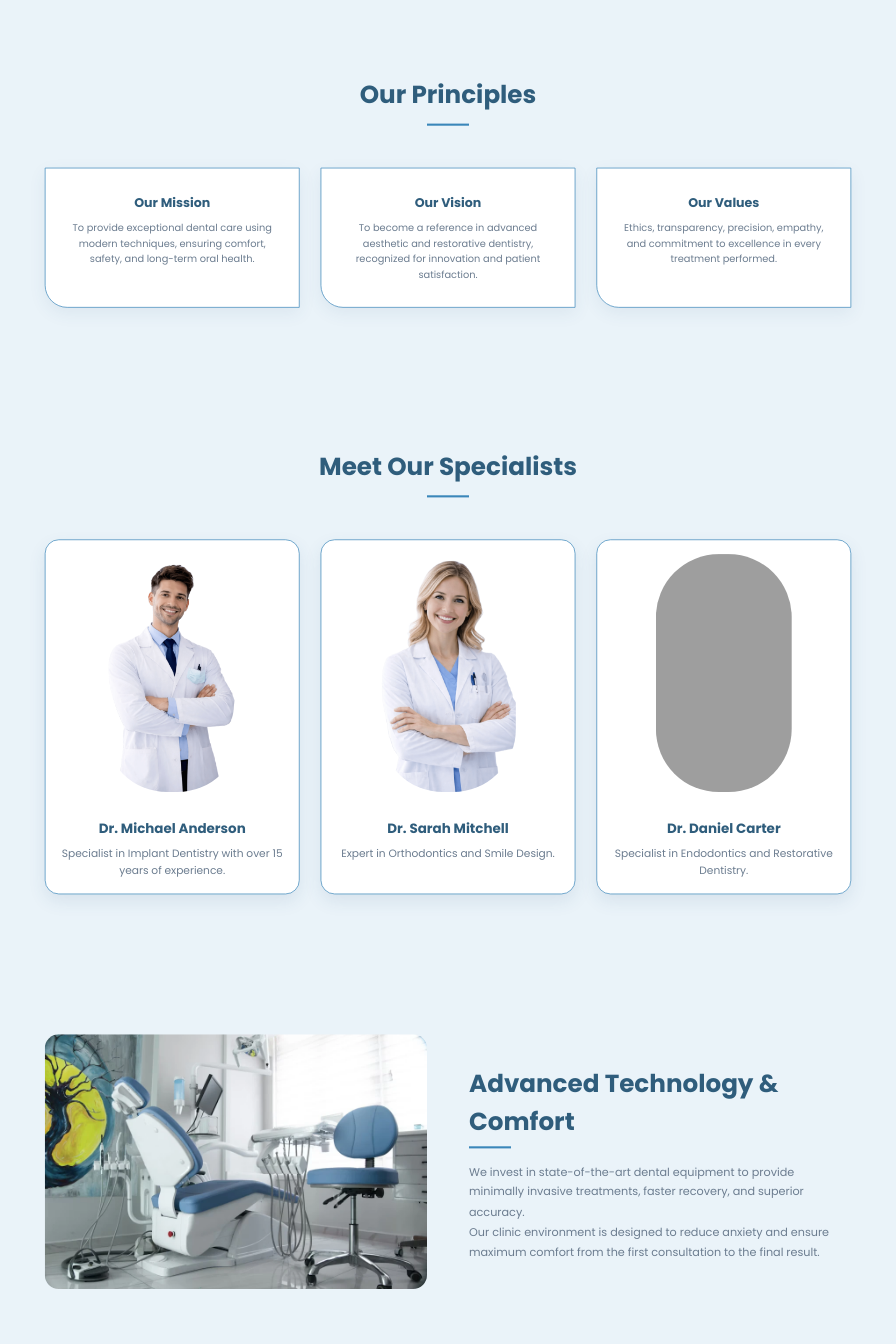
Repository: davidfsillva/OdontoPrime
Page: about.html
An editor plug-in stored every save of this project. The page is shown before and after the next save, followed by the edit.
The browser window is 1280 px wide. The pictures show the part of the page from y = 942 to 2862 px (the page is 3445 px tall), at 70% of full size.
Pictures or frames that could not be fetched are drawn as grey boxes.

Above is the page before, as saved 2026-02-16 23:52:53.

### about.html
<!DOCTYPE html>
<html lang="en">
<head>
<meta charset="UTF-8">
<meta name="viewport" content="width=device-width, initial-scale=1.0">
<title>About - OdontoPrime Excellence</title>

<link rel="stylesheet" href="style.css">
<link href="https://fonts.googleapis.com/css2?family=Poppins:wght@300;400;600;700&display=swap" rel="stylesheet">
</head>


<body>

<!-- HEADER -->
<header>
    <div class="container nav-container">
        <div class="logo">OdontoPrime</div>

        <nav id="nav">
            <a href="index.html">Home</a>
            <a href="about.html" class="active">About</a>
            <a href="services.html">Services</a>
            <a href="contact.html">Contact</a>
        </nav>

        <div class="menu-toggle" onclick="toggleMenu()">☰</div>
    </div>
</header>

<!-- HERO ABOUT -->
<section class="hero hero-about">
    <div class="container hero-content">
        <div class="hero-text">
            <h1>About OdontoPrime Excellence</h1>
            <p>
                Dedicated to delivering advanced dental care with precision,
                innovation, and a patient-centered approach.
            </p>
        </div>
    </div>
</section>

<!-- OUR STORY -->
<section class="about-preview">
    <div class="container about-grid">
        <div class="about-text">
            <h2>Our Story</h2>
            <p>
                Founded over a decade ago, OdontoPrime Excellence was created with a clear mission:
                to redefine modern dentistry through innovation, comfort, and excellence.
                Our clinic combines advanced technology with a humanized approach,
                ensuring each patient receives personalized and comprehensive care.
            </p>

            <p>
                Over the years, we have built a reputation for delivering long-lasting results,
                aesthetic precision, and preventive solutions that promote complete oral health.
            </p>
        </div>

        <div class="about-image">
            <img src="img/premium.png" alt="Dental clinic interior">
        </div>
    </div>
</section>

<!-- MISSION VISION VALUES -->
<section class="departments">
    <div class="container">
        <h2>Our Principles</h2>

        <div class="dept-grid">

            <div class="card">
                <h3>Our Mission</h3>
                <p>
                    To provide exceptional dental care using modern techniques,
                    ensuring comfort, safety, and long-term oral health.
                </p>
            </div>

            <div class="card">
                <h3>Our Vision</h3>
                <p>
                    To become a reference in advanced aesthetic and restorative dentistry,
                    recognized for innovation and patient satisfaction.
                </p>
            </div>

            <div class="card">
                <h3>Our Values</h3>
                <p>
                    Ethics, transparency, precision, empathy, and commitment
                    to excellence in every treatment performed.
                </p>
            </div>

        </div>
    </div>
</section>

<!-- OUR TEAM -->
<section class="departments about-cards">
    <div class="container">
        <h2>Meet Our Specialists</h2>

        <div class="dept-grid">

            <div class="card">
                <img src="img/dr - Copia.png" alt="Lead dentist">
                <h3>Dr. Michael Anderson</h3>
                <p>Specialist in Implant Dentistry with over 15 years of experience.</p>
            </div>

            <div class="card">
                <img src="img/sara.png" alt="Orthodontist">
                <h3>Dr. Sarah Mitchell</h3>
                <p>Expert in Orthodontics and Smile Design.</p>
            </div>

            <div class="card">
                <img src="img/" alt="Endodontist">
                <h3>Dr. Daniel Carter</h3>
                <p>Specialist in Endodontics and Restorative Dentistry.</p>
            </div>

        </div>
    </div>
</section>

<!-- WHY CHOOSE US EXTENDED -->
<section class="about-preview">
    <div class="container about-grid">

        <div class="about-image">
            <img src="img/photo.webp" alt="Dental technology">
        </div>

        <div class="about-text">
            <h2>Advanced Technology & Comfort</h2>
            <p>
                We invest in state-of-the-art dental equipment to provide
                minimally invasive treatments, faster recovery, and superior accuracy.
            </p>

            <p>
                Our clinic environment is designed to reduce anxiety and ensure
                maximum comfort from the first consultation to the final result.
            </p>
        </div>

    </div>
</section>

<!-- CALL TO ACTION -->
<section class="departments">
    <div class="container" style="text-align:center;">
        <h2>Ready to Transform Your Smile?</h2>
        <p style="max-width:600px; margin:20px auto; color:var(--text-medium);">
            Schedule your consultation today and discover a new standard of dental excellence.
        </p>

        <a href="contact.html" class="btn-view">Book Your Consultation</a>
    </div>
</section>

<!-- FOOTER -->
<footer>
    <p>© 2026 OdontoPrime - All Rights Reserved</p>
</footer>


<!-- BOTÃO VOLTAR AO TOPO -->
<a href="#" class="back-to-top" id="backToTop">↑</a>

<script src="script.js"></script>


</body>
</html>

### style.css
:root{

    --primary-blue: #2F5D7C;
    --secondary-blue: #4F7FA3;
    --accent-blue: #3A86B9;

    --bg-light: #EAF3F9;
    --white: #FFFFFF;
    --off-white: #E6EEF5;

    --text-dark: #2E3A46;
    --text-medium: #6B7C8F;

    --hero-gradient-start: rgba(47, 93, 124, 0.95);
    --hero-gradient-end: rgba(79, 127, 163, 0.85);

    --shadow-soft: 0 5px 20px rgba(47, 93, 124, 0.08);
}

*{
    margin:0;
    padding:0;
    box-sizing:border-box;
    font-family:'Poppins', sans-serif;
}

body{
    background:var(--bg-light);
    color:var(--text-dark);
}

.container{
    width:90%;
    max-width:1200px;
    margin:auto;
}

/* HEADER */

nav{
    display:flex;
    align-items:center;
}

header{
    position:absolute;
    width:100%;
    padding:25px 0;
    z-index:1000;
    background:transparent;
}

.nav-container{
    display:flex;
    justify-content:space-between;
    align-items:center;
}

.logo{
    font-weight:700;
    font-size:1.9rem;
    color:var(--white);
    text-shadow: 0 3px 8px rgba(0, 0, 0, 0.5);
}

nav a{
    margin-left:25px;
    text-decoration:none;
    color:var(--white);
    font-weight:500;
    transition:0.3s;
}

nav a:hover{
    color:var(--accent-blue);
}

.menu-toggle{
    display:none;
    font-size:24px;
    cursor:pointer;
    color:var(--white);
}

nav a.active{
    color: var(--accent-blue);
    font-weight: 600;
    position: relative;
}

/* HERO */

.hero{
    min-height:100vh;
    display:flex;
    align-items:center;
    background:
    linear-gradient(to right,
    rgba(79, 127, 163, 0.438),
    rgba(58, 134, 185, 0.048)),
    url('img/hero.webp') center/cover no-repeat;
    color:var(--white);
    padding:0 0;
    position:relative;
}

.hero-content{
    width:100%;
}

.hero-text{
    max-width:600px;
}

.hero h1{
    font-size:2.8rem;
    margin-bottom:20px;
    font-weight:700;
    line-height:1.2;
    text-shadow: 0 3px 8px rgba(0, 0, 0, 0.5);
}

.hero p{
    margin-bottom:25px;
    max-width:500px;
    font-size:16px;
    line-height:1.6;
    color:var(--white);
    text-shadow: 0 3px 8px rgba(0, 0, 0, 0.5);
}

.hero-about{
    background: var(--primary-blue);
    min-height: 60vh;
}


/* HERO STATS */

.hero-stats{
    position:absolute;
    bottom:0px;
    left:60%;
    transform:translateX(-50%);
    width:90%;
    max-width:1100px;
    display:grid;
    grid-template-columns:repeat(auto-fit, minmax(180px,1fr));
    gap:20px;
    padding:25px 40px;
    background:rgba(255,255,255,0.15);
    backdrop-filter:blur(15px);
    -webkit-backdrop-filter:blur(15px);
    border-radius:20px 0px 0px 0px;
    border:1px solid rgba(255,255,255,0.2);
}

.stat-item{
    text-align:center;
    color:var(--white);
}

.stat-item h2{
    font-size:2rem;
    font-weight:700;
}

.stat-item p{
    font-size:0.9rem;
    opacity:0.9;
}

/* BUTTONS */

.btn{
    padding:14px 30px;
    background:var(--white);
    border:none;
    color:var(--primary-blue);
    font-weight:600;
    border-radius:30px;
    cursor:pointer;
    transition:0.3s;
}

.btn:hover{
    background:var(--accent-blue);
    color:var(--white);
    transform:translateY(-3px);
}

.btn-view {
    padding:14px 30px;
    background:var(--accent-blue);
    border:none;
    color:var(--white);
    font-weight:600;
    border-radius:30px;
    cursor:pointer;
    transition:0.3s;
    text-decoration: none;
    text-align: center;
    display: block;
    width: fit-content;
    margin:40px auto 0;
}

.btn-view:hover {
    transform: translateY(-5px);
    box-shadow: 0 15px 30px rgba(0,0,0,0.2);
}

/* ABOUT */
.about-image{
    position:relative;
    overflow:hidden;
}


.about-preview{
    padding:100px 0;
}

.about-grid{
    display:grid;
    grid-template-columns:1fr 1fr;
    gap:60px;
    align-items:center;
}

.about-text h2{
    font-size:2.2rem;
    color:var(--primary-blue);
    margin-bottom:20px;
    position:relative;
}

.about-text h2::after{
    content:"";
    width:60px;
    height:3px;
    background:var(--accent-blue);
    display:block;
    margin-top:10px;
}

.about-text p{
    font-size:16px;
    line-height:1.8;
    color:var(--text-medium);
}

.about-grid img:not(.lead-dentist){
    width:100%;
    border-radius:20px;
}

.lead-dentist {
    border-radius: 30px; /* cantos arredondados */
    width: 60%;
    height: auto;
    margin: 0 auto;
    box-shadow: 0 8px 20px rgba(0,0,0,0.2); /* opcional: sombra suave */
    display: flex;
    justify-content: center; /* centraliza horizontalmente */
    align-items: center;     /* centraliza verticalmente se tiver altura */
}

/* DEPARTMENTS */

.departments{
    padding:100px 0;
}

.departments h2{
    text-align:center;
    font-size:2.2rem;
    color:var(--primary-blue);
    margin-bottom:60px;
    position:relative;
}

.departments h2::after{
    content:"";
    width:60px;
    height:3px;
    background:var(--accent-blue);
    display:block;
    margin:15px auto 0;
}

.dept-grid{
    display:grid;
    grid-template-columns: repeat(auto-fit, minmax(280px, 1fr));
    gap:30px;
}


.card {
    background:var(--white);
    padding:35px 25px;
    text-align:center;
    border-radius:18px;
    box-shadow:0 8px 25px rgba(47,93,124,0.08);
    transition:0.3s ease;


    border-radius: 0 0 0 32px;
    border:1px solid #3A86B9;

}

.why-card{
    border: none;
}


.card:hover{
    transform:translateY(-6px);
    box-shadow:0 15px 35px rgba(47,93,124,0.15);
}

.card img{
    width:60px;
    margin-bottom:15px;
}

.card h3{
    font-size:18px;
    margin-bottom:12px;
    color:var(--primary-blue);
}

.card p{
    font-size:14px;
    line-height:1.6;
    color:var(--text-medium);
}

/* WHY SECTION FULL IMAGE CARDS */

.why-card {
    position: relative;
    overflow: hidden;
    padding: 0;
    height: 350px;
    border-radius: 20px;
}

.why-card img {
    width: 100%;
    height: 100%;
    object-fit: cover;
    display: block;
}

.why-card .card-content {
    position: absolute;
    bottom: 0;
    width: 100%;
    padding: 25px;
    background: linear-gradient(
        to top,
        rgba(0,0,0,0.75),
        rgba(0,0,0,0.2)
    );
    color: var(--white);
}

.why-card h3 {
    margin-bottom: 8px;
    color: var(--white);
}

.why-card p {
    color: rgba(255,255,255,0.9);
    font-size: 14px;
}


/* WHY US */

.why-us{
    padding:100px 0;
    background:var(--white);
}

.why-us h2{
    text-align:center;
    font-size:2.2rem;
    margin-bottom:60px;
    color:var(--primary-blue);
    position:relative;
}

.why-us h2::after{
    content:"";
    width:60px;
    height:3px;
    background:var(--accent-blue);
    display:block;
    margin:15px auto 0;
}

.contact-grid{
    display:grid;
    grid-template-columns:1fr 1fr;
    gap:60px;
    align-items:start;
}

/* BOTÃO VOLTAR AO TOPO */
.back-to-top {
    position: fixed;       /* fixa na tela */
    bottom: 30px;          /* distância do rodapé */
    right: 30px;           /* distância da borda direita */
    background: var(--accent-blue);
    color: var(--white);
    padding: 12px 18px;
    border-radius: 50px;   /* deixa arredondado */
    text-decoration: none;
    font-weight: 600;
    font-size: 12px;
    box-shadow: 0 8px 20px rgba(0,0,0,0.2);
    transition: 0.3s;
    opacity: 0;            /* inicialmente invisível */
    pointer-events: none;  /* não clicável até aparecer */
    z-index: 1000;
}

.back-to-top:hover {
    background: var(--off-white);
    transform: translateY(-3px);
    color: black;
}

/* quando visível */
.back-to-top.show {
    opacity: 1;
    pointer-events: auto;
}

/* CARDS ESPECÍFICOS DA PÁGINA ABOUT */
.departments.about-cards .card {
    border-radius: 20px;
    padding: 20px;
    box-shadow: 0 10px 25px rgba(47,93,124,0.1);
    transition: transform 0.3s ease, box-shadow 0.3s ease;
    text-align: center;
}

/* Hover */
.departments.about-cards .card:hover {
    transform: translateY(-5px);
    box-shadow: 0 15px 35px rgba(47,93,124,0.2);
}

/* Card titles and text */
.departments.about-cards .card h3 {
    font-size: 1.2rem;
    color: var(--primary-blue);
    margin: 15px 0 10px;
}

.departments.about-cards .card p {
    font-size: 0.95rem;
    line-height: 1.6;
    color: var(--text-medium);
}

/* Imagem maior e proporcional */
.departments.about-cards .card img {
    width: 60%;          /* ocupa toda a largura do card */
    height: 340px;        /* altura maior */
    object-fit: cover;    /* mantém proporção e recorta excesso */
    border-radius: 90px;  /* cantos arredondados */
    margin-bottom: 15px;  /* separação do texto */
}






/* FOOTER */

footer{
    background:var(--primary-blue);
    color:var(--white);
    text-align:center;
    padding:30px;
    font-size:14px;
}

/* RESPONSIVE */

/* =========================
   RESPONSIVE
========================= */
@media (max-width: 768px) {

    /* NAVIGATION */
    nav {
        position: absolute;
        top: 80px;
        right: 0;
        background: var(--white);
        flex-direction: column;
        width: 200px;
        display: none;
        box-shadow: var(--shadow-soft);
    }

    nav a {
        padding: 15px;
        margin: 0;
        border-bottom: 1px solid var(--off-white);
        color: var(--text-dark);
    }

    nav.active {
        display: flex;
    }

    .menu-toggle {
        display: block;
    }

        /* HERO INTERNO (about, services, contact) */
    .hero-about,
    .hero-services,
    .hero-contact {
        min-height: 45vh;
        display: flex;
        align-items: center;
        justify-content: center;
        text-align: center;
        padding: 100px 20px 40px;
    }

    .hero-about h1,
    .hero-services h1,
    .hero-contact h1 {
        font-size: 1.6rem;
    }

    .hero-about p,
    .hero-services p,
    .hero-contact p {
        font-size: 0.95rem;
        max-width: 100%;
        margin: 0 auto;
    }

    /* ABOUT GRID */
    .about-grid {
        grid-template-columns: 1fr;
        gap: 30px;
        text-align: center;
    }

    .about-text h2 {
        font-size: 1.6rem;
    }

    /* DEPARTMENTS / SERVICES GRID */
    .dept-grid {
        grid-template-columns: 1fr;
        gap: 20px;
    }

    .card {
        padding: 25px 20px;
    }

    /* WHY SECTION */
    .why-us {
        padding: 70px 0;
    }

    .why-card {
        height: 280px;
    }

    /* CONTACT PAGE (caso tenha form grid) */
    .contact-grid {
        grid-template-columns: 1fr;
        gap: 30px;
    }

    .contact-form input,
    .contact-form textarea {
        width: 100%;
    }

    .hero {
        flex-direction: column;
        justify-content: center;
        align-items: center;
        text-align: center;
        padding: 20px 20px 0;
        background:
            linear-gradient(to top,
            rgba(47, 93, 124, 0.048),
            rgba(47, 93, 124, 0.2)),
            url('img/hero-mobile.webp') center/cover no-repeat;
    }



    .hero h1 {
        font-size: 1.8rem;
    }

    .hero p {
        max-width: 100%;
    }

        .hero-stats {
        left: 50%;
        transform: translateX(-50%);
        width: 95%;
        max-width: 100%;
        border-radius: 20px 20px 0 0;
        padding: 10px 12px 10px;
        gap: 1px;
        grid-template-columns: repeat(2, 1fr);
    }

    .stat-item h2 {
        font-size: 1.4rem;
    }

    .stat-item p {
        font-size: 0.75rem;
    }



}

### script.js
// TOGGLE MENU MOBILE
function toggleMenu() {
    document.getElementById("nav").classList.toggle("active");
}

// BOTÃO VOLTAR AO TOPO
const backToTopButton = document.getElementById('backToTop');

// Mostrar o botão quando a página for rolada 300px ou mais
window.addEventListener('scroll', () => {
    if (window.scrollY > 300) {
        backToTopButton.classList.add('show');
    } else {
        backToTopButton.classList.remove('show');
    }
});

// Rolar suavemente até o topo ao clicar
backToTopButton.addEventListener('click', (e) => {
    e.preventDefault();
    window.scrollTo({ top: 0, behavior: 'smooth' });
});

After the next save:
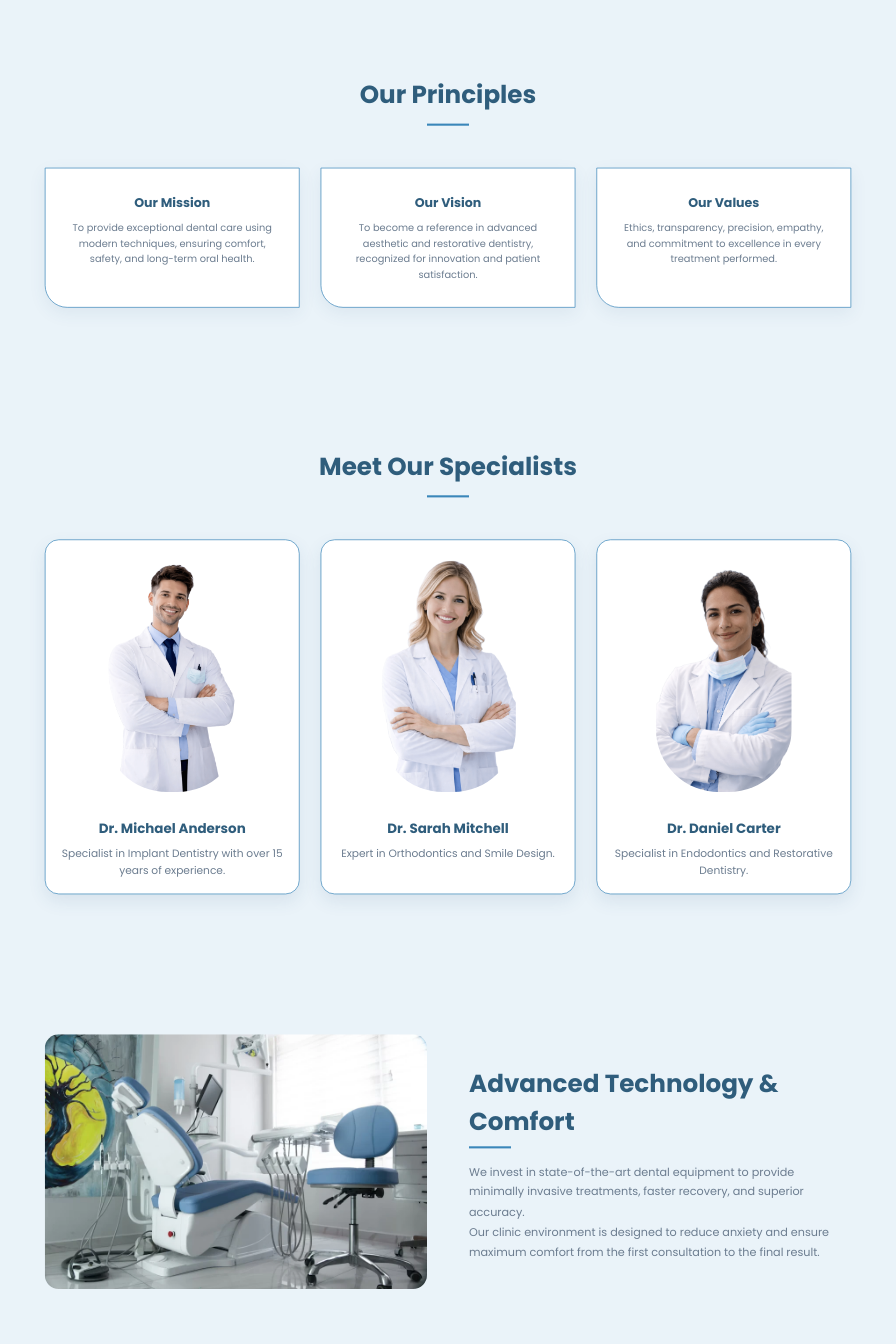
Saved 14 s later.
--- a/about.html
+++ b/about.html
@@ -120,7 +120,7 @@
             </div>
 
             <div class="card">
-                <img src="img/" alt="Endodontist">
+                <img src="img/dra.png" alt="Endodontist">
                 <h3>Dr. Daniel Carter</h3>
                 <p>Specialist in Endodontics and Restorative Dentistry.</p>
             </div>
